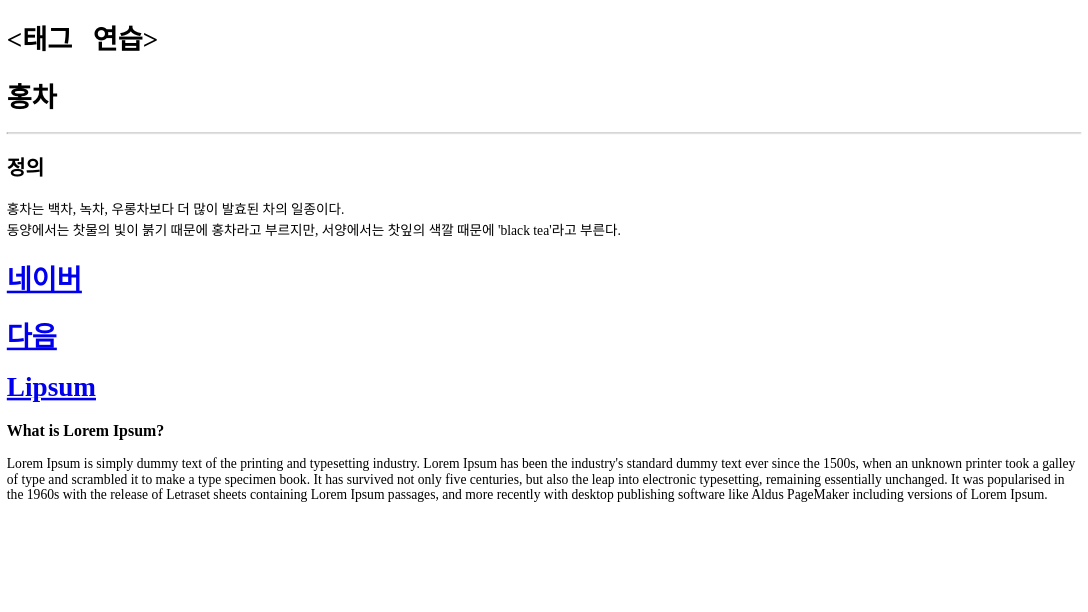
Repository: kmg8138/html
Page: 2020.04.06/ex0406/WebContent/ex03.html
The author's editor kept a copy of each file at every save. The page is drawn from the files as they stood at one save, then again after the next save.
The browser window is 1280 px wide. The pictures show the whole page, at 85% of full size.

Above is the page before, as saved 2020-04-06 02:05:16.

After the next save:
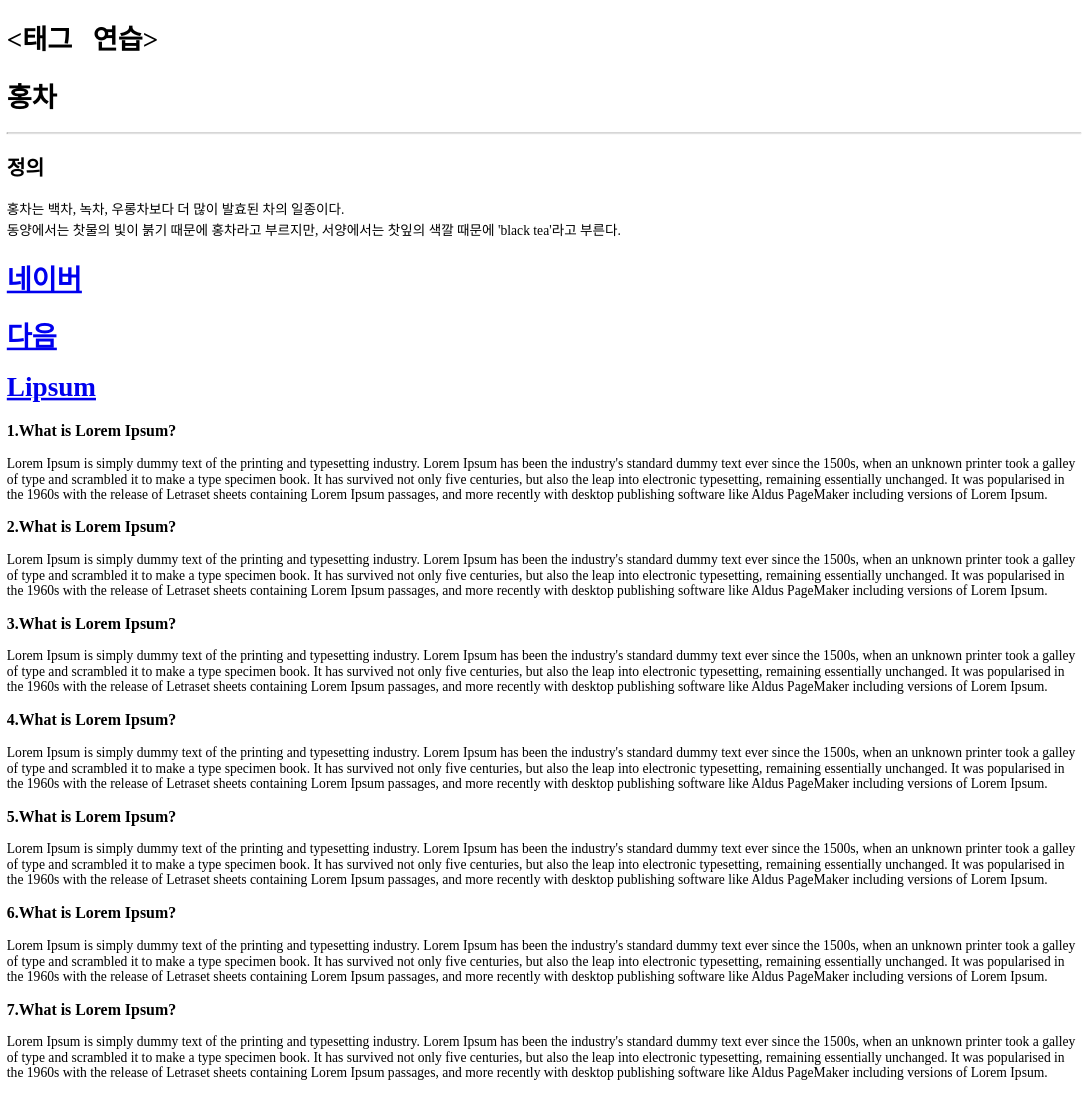
Saved 2 min 25 s later.
--- a/2020.04.06/ex0406/WebContent/ex03.html
+++ b/2020.04.06/ex0406/WebContent/ex03.html
@@ -18,7 +18,61 @@
 	<h1><a href="http://daum.net">다음</a></h1>
 	<h1><a href="http://lipsum.com">Lipsum</a></h1>
 
-	<h3>What is Lorem Ipsum?</h3>
+	<h3>1.What is Lorem Ipsum?</h3>
+	<p>
+	Lorem Ipsum is simply dummy text of the printing and typesetting industry.
+	Lorem Ipsum has been the industry's standard dummy text ever since the 1500s,
+	when an unknown printer took a galley of type and scrambled it to make a type specimen book.
+	It has survived not only five centuries, but also the leap into electronic typesetting, remaining essentially unchanged.
+	It was popularised in the 1960s with the release of Letraset sheets containing Lorem Ipsum passages,
+	and more recently with desktop publishing software like Aldus PageMaker including versions of Lorem Ipsum.
+	</p>
+	<h3>2.What is Lorem Ipsum?</h3>
+	<p>
+	Lorem Ipsum is simply dummy text of the printing and typesetting industry.
+	Lorem Ipsum has been the industry's standard dummy text ever since the 1500s,
+	when an unknown printer took a galley of type and scrambled it to make a type specimen book.
+	It has survived not only five centuries, but also the leap into electronic typesetting, remaining essentially unchanged.
+	It was popularised in the 1960s with the release of Letraset sheets containing Lorem Ipsum passages,
+	and more recently with desktop publishing software like Aldus PageMaker including versions of Lorem Ipsum.
+	</p>
+	<h3>3.What is Lorem Ipsum?</h3>
+	<p>
+	Lorem Ipsum is simply dummy text of the printing and typesetting industry.
+	Lorem Ipsum has been the industry's standard dummy text ever since the 1500s,
+	when an unknown printer took a galley of type and scrambled it to make a type specimen book.
+	It has survived not only five centuries, but also the leap into electronic typesetting, remaining essentially unchanged.
+	It was popularised in the 1960s with the release of Letraset sheets containing Lorem Ipsum passages,
+	and more recently with desktop publishing software like Aldus PageMaker including versions of Lorem Ipsum.
+	</p>
+	<h3>4.What is Lorem Ipsum?</h3>
+	<p>
+	Lorem Ipsum is simply dummy text of the printing and typesetting industry.
+	Lorem Ipsum has been the industry's standard dummy text ever since the 1500s,
+	when an unknown printer took a galley of type and scrambled it to make a type specimen book.
+	It has survived not only five centuries, but also the leap into electronic typesetting, remaining essentially unchanged.
+	It was popularised in the 1960s with the release of Letraset sheets containing Lorem Ipsum passages,
+	and more recently with desktop publishing software like Aldus PageMaker including versions of Lorem Ipsum.
+	</p>
+	<h3>5.What is Lorem Ipsum?</h3>
+	<p>
+	Lorem Ipsum is simply dummy text of the printing and typesetting industry.
+	Lorem Ipsum has been the industry's standard dummy text ever since the 1500s,
+	when an unknown printer took a galley of type and scrambled it to make a type specimen book.
+	It has survived not only five centuries, but also the leap into electronic typesetting, remaining essentially unchanged.
+	It was popularised in the 1960s with the release of Letraset sheets containing Lorem Ipsum passages,
+	and more recently with desktop publishing software like Aldus PageMaker including versions of Lorem Ipsum.
+	</p>
+	<h3>6.What is Lorem Ipsum?</h3>
+	<p>
+	Lorem Ipsum is simply dummy text of the printing and typesetting industry.
+	Lorem Ipsum has been the industry's standard dummy text ever since the 1500s,
+	when an unknown printer took a galley of type and scrambled it to make a type specimen book.
+	It has survived not only five centuries, but also the leap into electronic typesetting, remaining essentially unchanged.
+	It was popularised in the 1960s with the release of Letraset sheets containing Lorem Ipsum passages,
+	and more recently with desktop publishing software like Aldus PageMaker including versions of Lorem Ipsum.
+	</p>
+	<h3>7.What is Lorem Ipsum?</h3>
 	<p>
 	Lorem Ipsum is simply dummy text of the printing and typesetting industry.
 	Lorem Ipsum has been the industry's standard dummy text ever since the 1500s,
